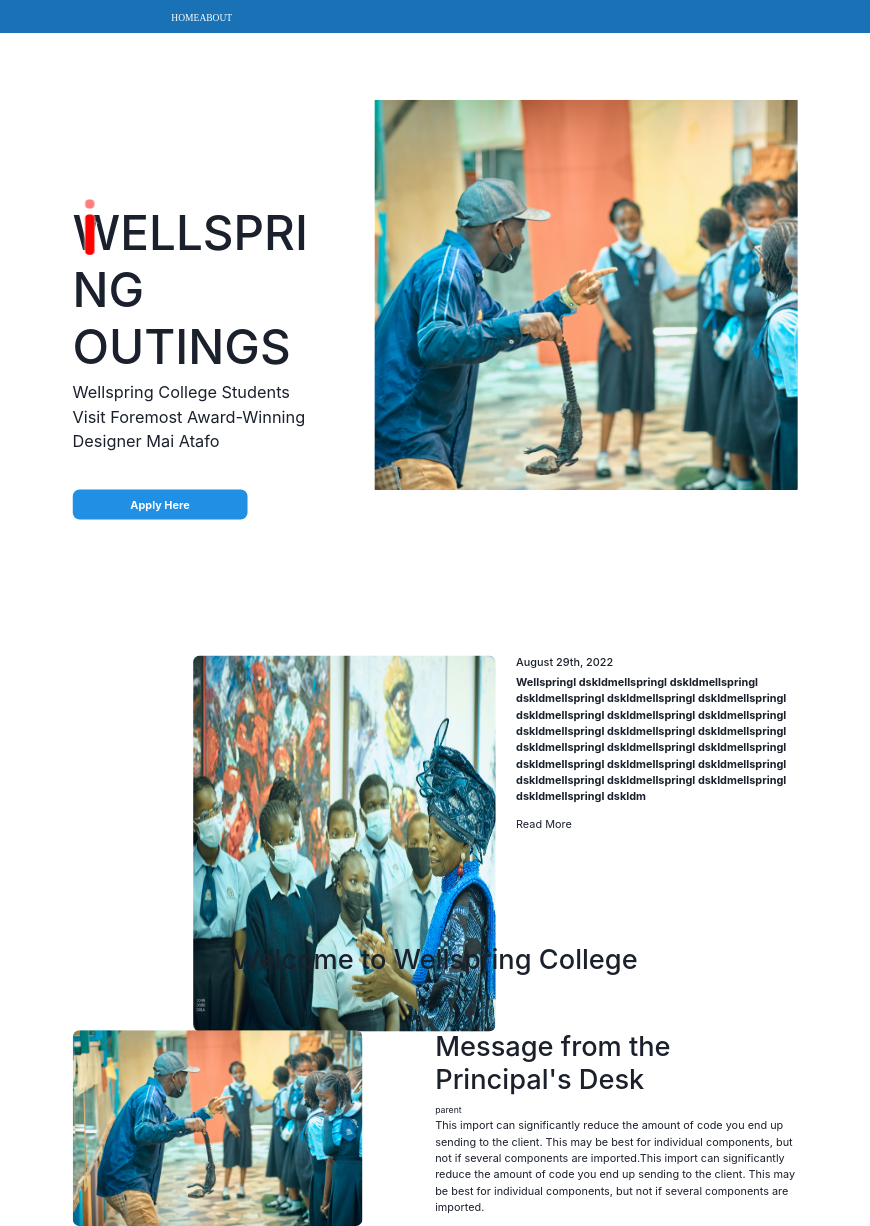
Repository: gr8skills/wellspring-school-forked
Page: /
The author's editor kept a copy of each file at every save. The page is drawn from the files as they stood at one save, then again after a run of saves.
The browser window is 1280 px wide. The pictures show the whole page, at 68% of full size.
The project was rebuilt for these pictures with package versions that can differ from the ones it lists, and the page was loaded fresh each time. Also part of the build but not shown: src/components/Navbar/Dropdown.scss, src/components/Navbar/Dropdown.js, src/components/Calendar/Calendar.js.

Above is the page before, as saved 2022-12-01 18:20:30.

After the next 3 saves:
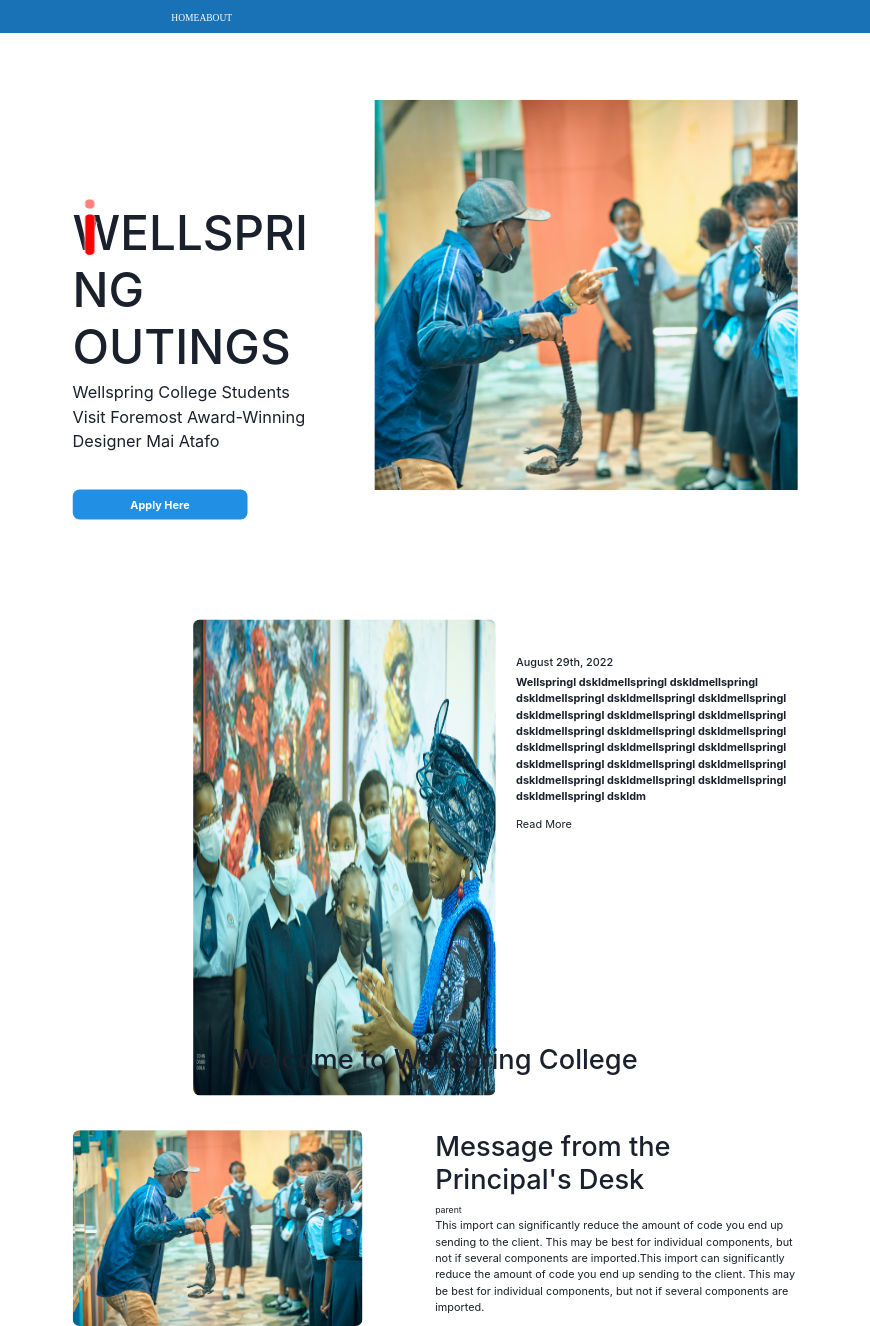
The 3 saves are shown as one change because they came seconds apart.
The last was saved 12 s later.
--- a/src/components/News/_news.scss
+++ b/src/components/News/_news.scss
@@ -4,7 +4,7 @@
     img{
         width:100%;
         border-radius: 10px;
-                margin-top:200px;
+                margin-bottom:200px;
 
     }
     .news-description{
